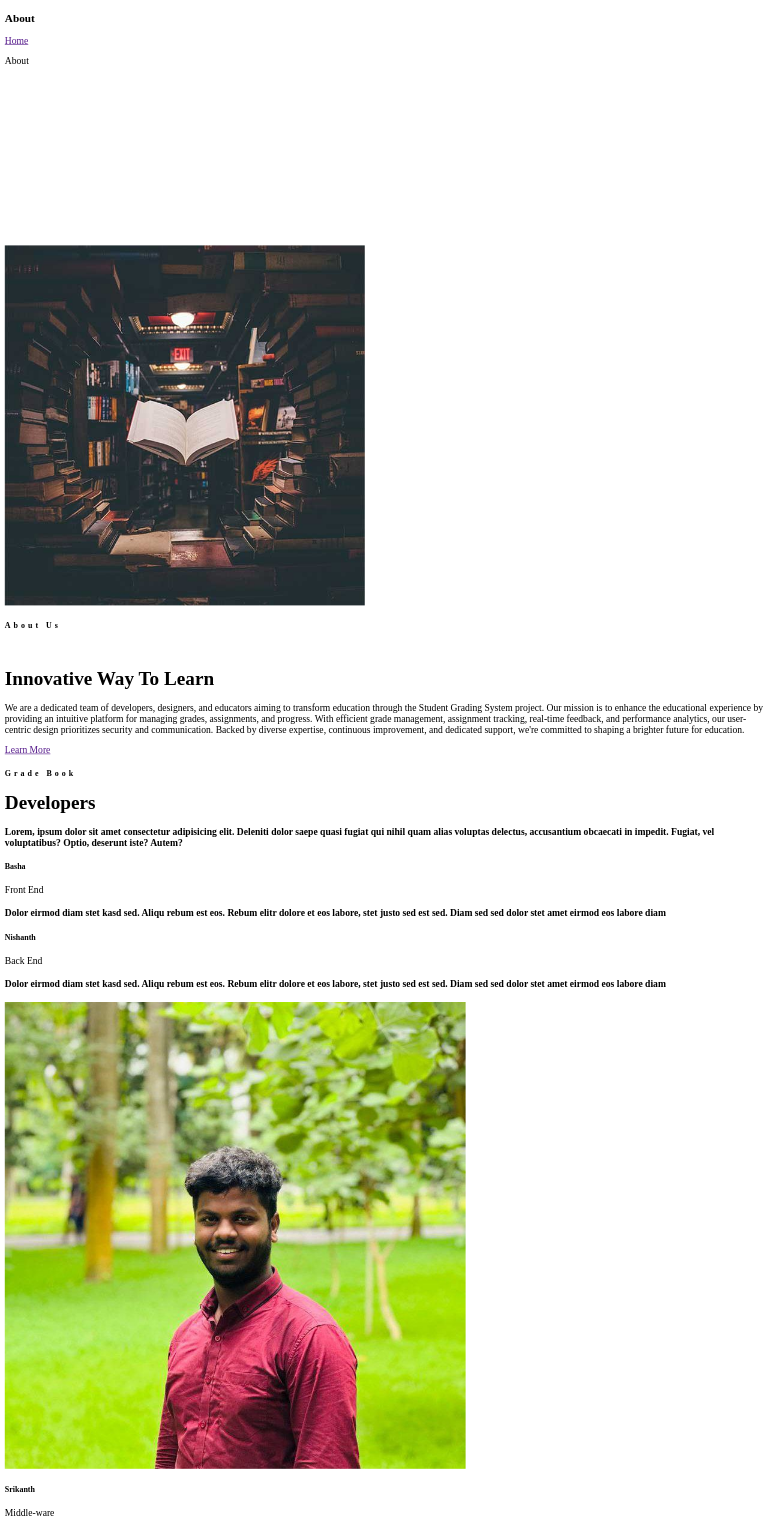
Repository: AlthafBasha-syed/JFSD-PROJECT
Page: http://localhost/GradeBook/studentfiles/about.jsp
An editor plug-in stored every save of this project. The page is shown before and after a run of saves, followed by the edit.
The browser window is 1280 px wide. The pictures show the whole page, at 60% of full size.
The page is served by Tomcat 10.

Above is the page before, as saved 2023-10-11 16:26:59.

After the next 2 saves:
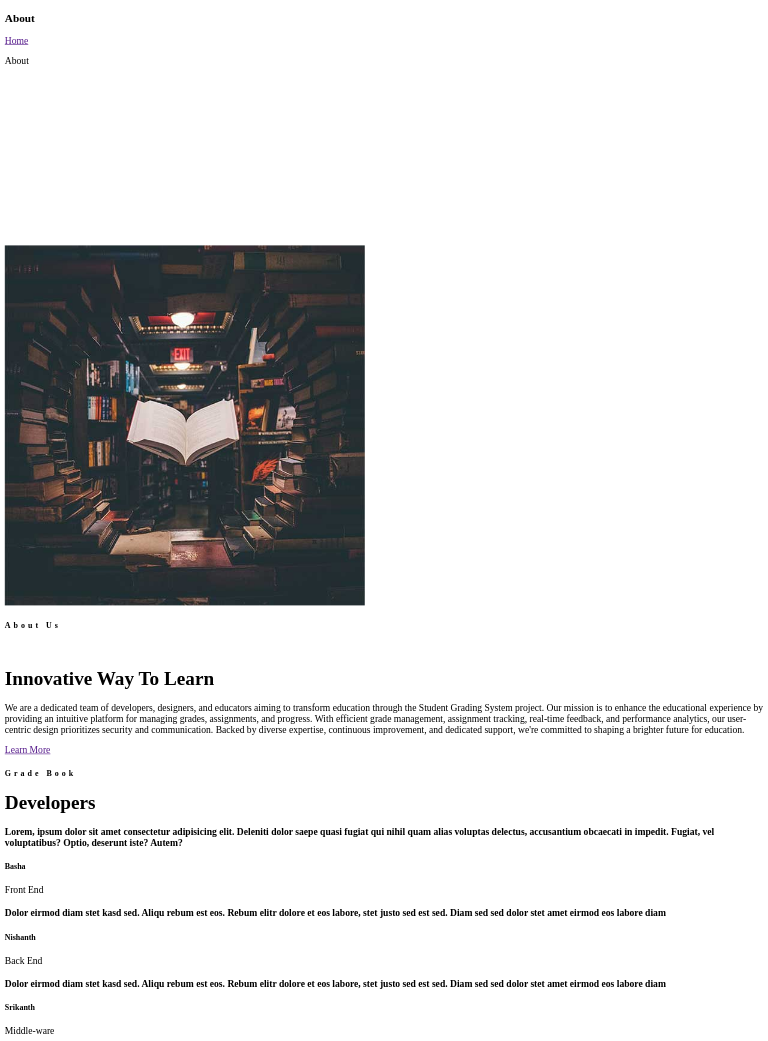
The 2 saves are shown as one change because they came seconds apart.
The last was saved 7 s later.
--- a/PROJECTWORKSPACE/GradeBook/src/main/webapp/studentfiles/about.jsp
+++ b/PROJECTWORKSPACE/GradeBook/src/main/webapp/studentfiles/about.jsp
@@ -83,7 +83,7 @@
                         <div class="text-center">
                             <i class="fa fa-3x fa-quote-left text-primary mb-4"></i>
                             <h4 class="font-weight-normal mb-4">Dolor eirmod diam stet kasd sed. Aliqu rebum est eos. Rebum elitr dolore et eos labore, stet justo sed est sed. Diam sed sed dolor stet amet eirmod eos labore diam</h4>
-                          <!--  --> <img class="img-fluid mx-auto mb-3" src="img/srikanth.jpg" alt="">
+                          <!--  <img class="img-fluid mx-auto mb-3" src="img/srikanth.jpg" alt=""> -->
                             <h5 class="m-0">Srikanth</h5>
                             <span>Middle-ware</span>
                         </div>
